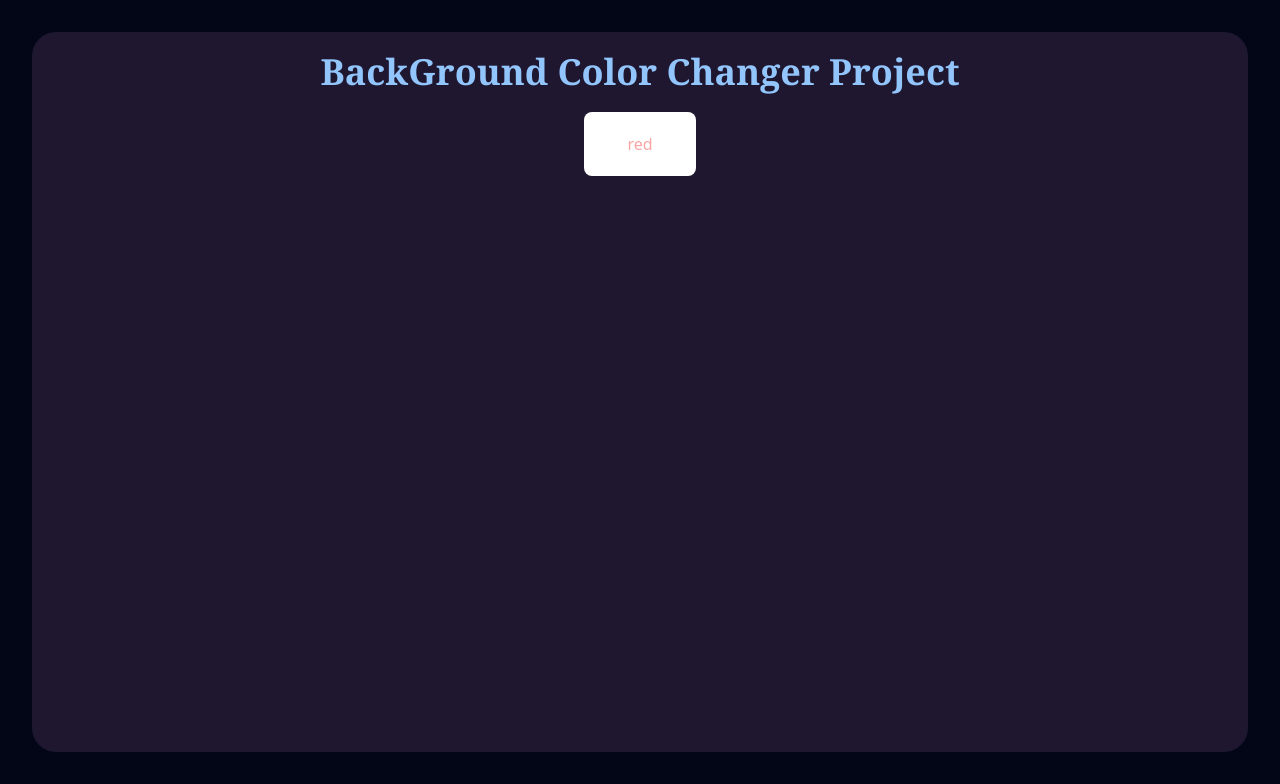
Repository: ChaitanyMishra/react-daily-work
Page: / (app in day-04-react/bg_color_changer/)
These files come from the project's save history. The page is drawn as it stood at one moment and after the next save; the edit follows.
The browser window is 1280 px wide. The pictures show the whole page.
The project was rebuilt for these pictures with package versions that can differ from the ones it lists, and the page was loaded fresh each time. Also part of the build but not shown: day-04-react/bg_color_changer/vite.config.js.

Above is the page before, as saved 2025-06-20 16:58:16.

After the next save:
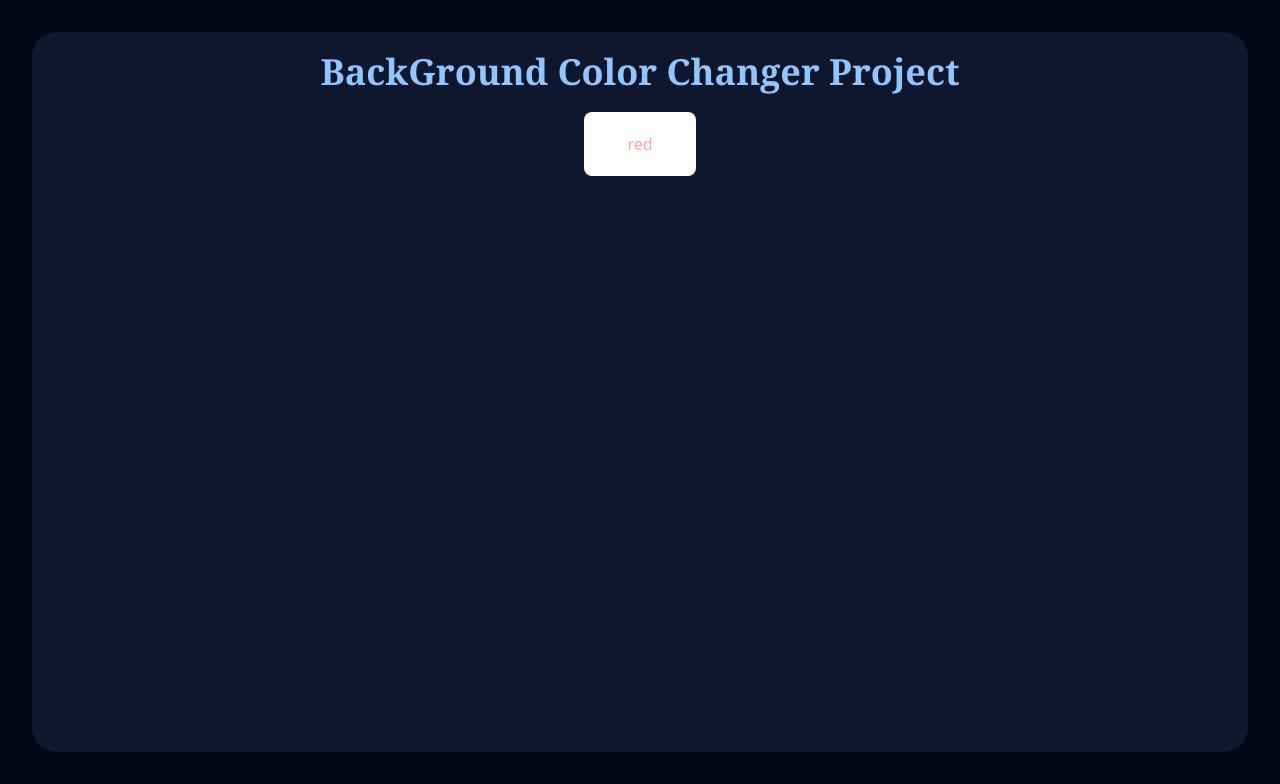
Saved 4 s later.
--- a/day-04-react/bg_color_changer/src/App.jsx
+++ b/day-04-react/bg_color_changer/src/App.jsx
@@ -4,7 +4,7 @@ import  ColorChangeButton from './backGrounColorChanger/buttonComponent'
 import './App.css'
 
 function App() {
-  const [colorState , changeColor] = useState('#1f172f')
+  const [colorState , changeColor] = useState('#0f172f')
 
   return (
     <div className='w-full h-screen rounded-3xl ' style={{backgroundColor: colorState}}>
